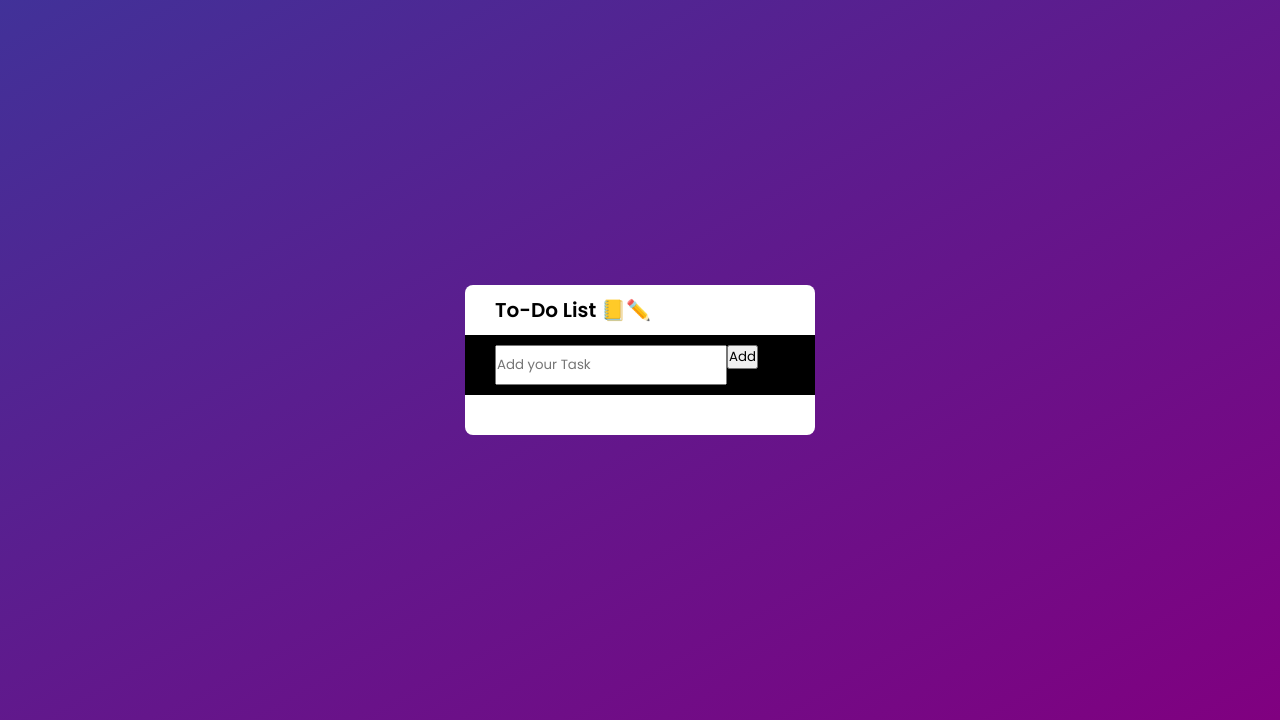
Repository: Ankitkr2021/To-Do-List
Page: index.html
The author's editor kept a copy of each file at every save. The page is drawn from the files as they stood at one save, then again after the next save.
The browser window is 1280 px wide. The pictures show the whole page.

Above is the page before, as saved 2025-10-03 10:07:57.

After the next save:
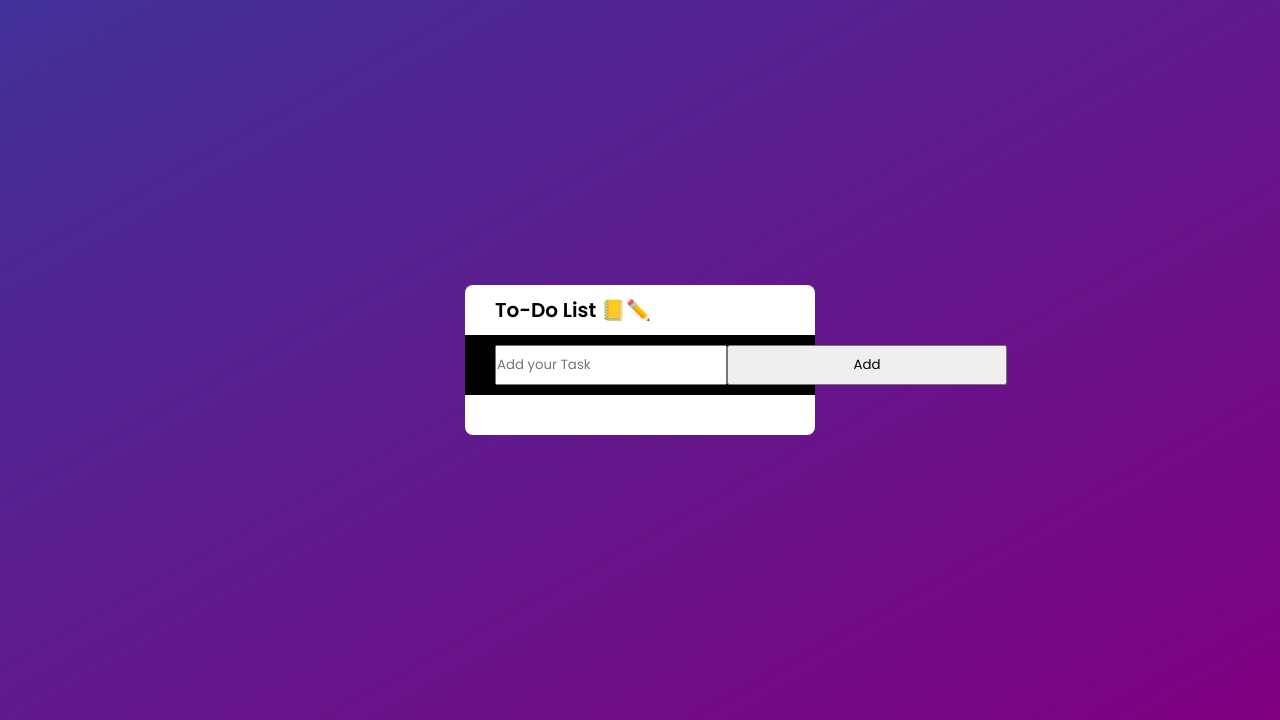
Saved 10 s later.
--- a/style.css
+++ b/style.css
@@ -43,4 +43,6 @@ body{
 .task button {
     content: "";
     position: absolute;
+    width: 80%;
+    height: 40px;
 }
